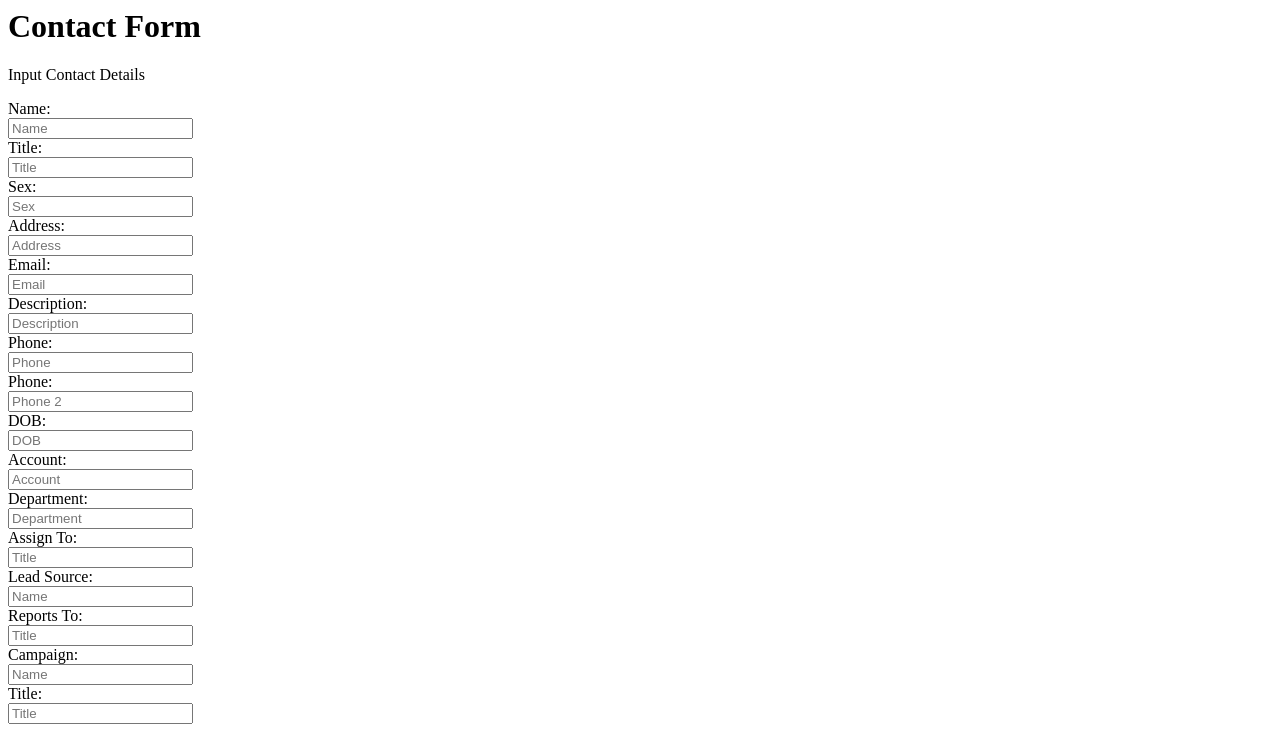
Repository: andreedp/crm-std
Page: workspace/CRM-std/web-app/app/view/contact/form.html
The author's editor kept a copy of each file at every save. The page is drawn from the files as they stood at one save, then again after a run of saves.
The browser window is 1280 px wide. The pictures show the whole page.

Above is the page before, as saved 2015-06-11 11:31:28.

After the next 2 saves:
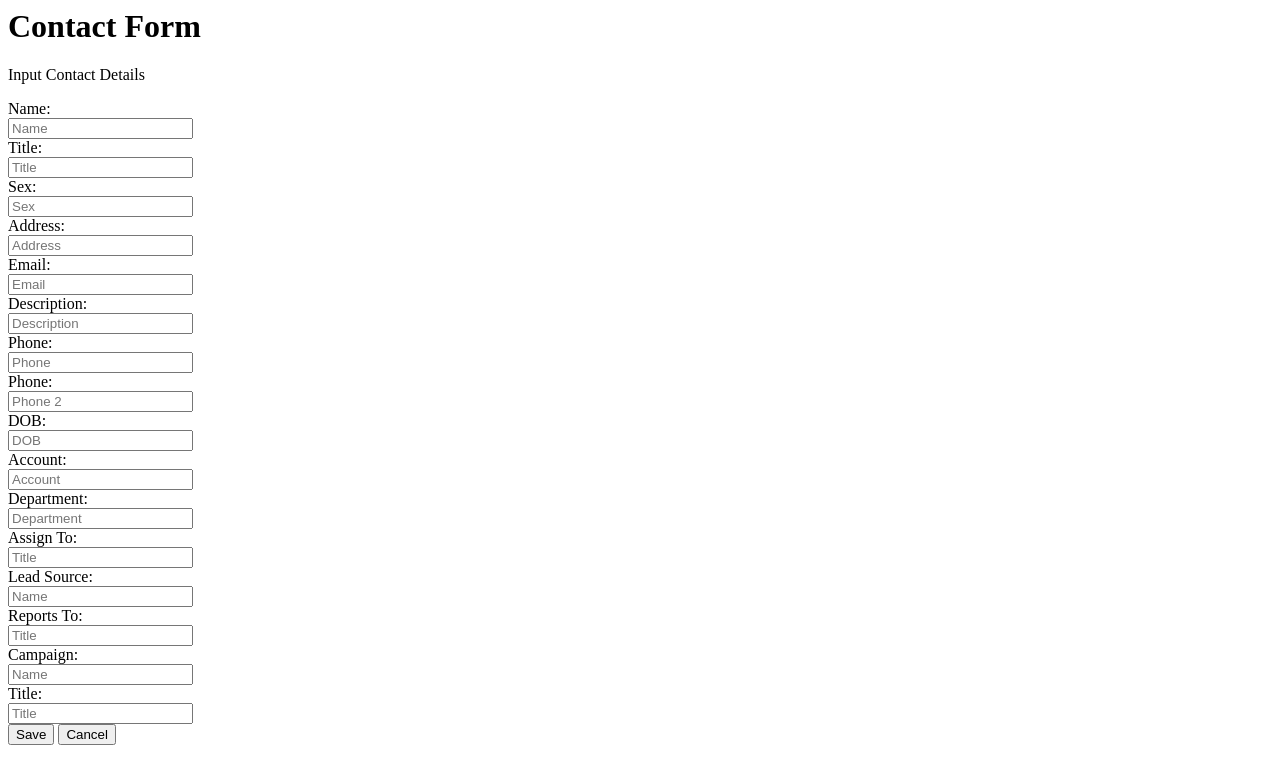
The 2 saves are shown as one change because they came seconds apart.
The last was saved 60 s later.
--- a/workspace/CRM-std/web-app/app/view/contact/form.html
+++ b/workspace/CRM-std/web-app/app/view/contact/form.html
@@ -181,5 +181,7 @@
         </div>
       </div>
    </div>
+   <button class="btn btn-primary" ng-click="save()">Save</button>
+   <button class="btn btn-primary" ng-click="reset()">Cancel</button>
   </form>
  </div>
